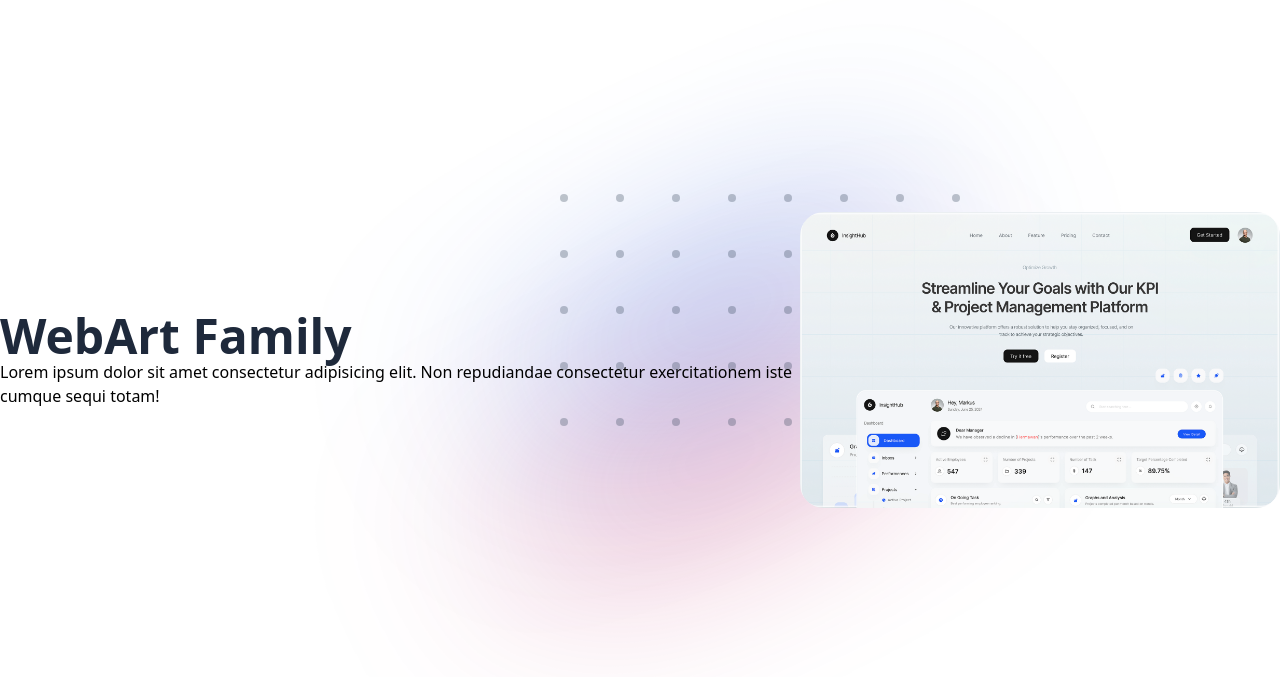
Repository: 30namp/youtube-web-art-code
Page: stunning landing page 1/index.html
The author's editor kept a copy of each file at every save. The page is drawn from the files as they stood at one save, then again after the next save.
The browser window is 1280 px wide. The pictures show the whole page.

Above is the page before, as saved 2024-09-26 18:30:22.

### stunning landing page 1/index.html
<!DOCTYPE html>
<html lang="en">
  <head>
    <meta charset="UTF-8" />
    <meta name="viewport" content="width=device-width, initial-scale=1.0" />
    <title>WebArt Design</title>
    <script src="./tailwindcss.min.js"></script>
  </head>
  <body class="min-h-screen">
    <div
      class="absolute right-[25%] top-[60%] h-12 w-[30rem] rounded-[100%] rotate-[-25deg] bg-pink-700 blur-[6rem]"
    ></div>
    <div
      class="absolute right-[25%] top-[40%] h-12 w-[30rem] rounded-[100%] rotate-[-25deg] bg-blue-700 blur-[6rem]"
    ></div>
    <div class="grid grid-cols-8 gap-12 absolute right-[25%] top-[27%]">
      <div class="rounded-full bg-slate-700/30 size-2 shadow-lg"></div>
      <div class="rounded-full bg-slate-700/30 size-2 shadow-lg"></div>
      <div class="rounded-full bg-slate-700/30 size-2 shadow-lg"></div>
      <div class="rounded-full bg-slate-700/30 size-2 shadow-lg"></div>
      <div class="rounded-full bg-slate-700/30 size-2 shadow-lg"></div>
      <div class="rounded-full bg-slate-700/30 size-2 shadow-lg"></div>
      <div class="rounded-full bg-slate-700/30 size-2 shadow-lg"></div>
      <div class="rounded-full bg-slate-700/30 size-2 shadow-lg"></div>
      <div class="rounded-full bg-slate-700/30 size-2 shadow-lg"></div>
      <div class="rounded-full bg-slate-700/30 size-2 shadow-lg"></div>
      <div class="rounded-full bg-slate-700/30 size-2 shadow-lg"></div>
      <div class="rounded-full bg-slate-700/30 size-2 shadow-lg"></div>
      <div class="rounded-full bg-slate-700/30 size-2 shadow-lg"></div>
      <div class="rounded-full bg-slate-700/30 size-2 shadow-lg"></div>
      <div class="rounded-full bg-slate-700/30 size-2 shadow-lg"></div>
      <div class="rounded-full bg-slate-700/30 size-2 shadow-lg"></div>
      <div class="rounded-full bg-slate-700/30 size-2 shadow-lg"></div>
      <div class="rounded-full bg-slate-700/30 size-2 shadow-lg"></div>
      <div class="rounded-full bg-slate-700/30 size-2 shadow-lg"></div>
      <div class="rounded-full bg-slate-700/30 size-2 shadow-lg"></div>
      <div class="rounded-full bg-slate-700/30 size-2 shadow-lg"></div>
      <div class="rounded-full bg-slate-700/30 size-2 shadow-lg"></div>
      <div class="rounded-full bg-slate-700/30 size-2 shadow-lg"></div>
      <div class="rounded-full bg-slate-700/30 size-2 shadow-lg"></div>
      <div class="rounded-full bg-slate-700/30 size-2 shadow-lg"></div>
      <div class="rounded-full bg-slate-700/30 size-2 shadow-lg"></div>
      <div class="rounded-full bg-slate-700/30 size-2 shadow-lg"></div>
      <div class="rounded-full bg-slate-700/30 size-2 shadow-lg"></div>
      <div class="rounded-full bg-slate-700/30 size-2 shadow-lg"></div>
      <div class="rounded-full bg-slate-700/30 size-2 shadow-lg"></div>
      <div class="rounded-full bg-slate-700/30 size-2 shadow-lg"></div>
      <div class="rounded-full bg-slate-700/30 size-2 shadow-lg"></div>
      <div class="rounded-full bg-slate-700/30 size-2 shadow-lg"></div>
      <div class="rounded-full bg-slate-700/30 size-2 shadow-lg"></div>
      <div class="rounded-full bg-slate-700/30 size-2 shadow-lg"></div>
      <div class="rounded-full bg-slate-700/30 size-2 shadow-lg"></div>
      <div class="rounded-full bg-slate-700/30 size-2 shadow-lg"></div>
      <div class="rounded-full bg-slate-700/30 size-2 shadow-lg"></div>
      <div class="rounded-full bg-slate-700/30 size-2 shadow-lg"></div>
      <div class="rounded-full bg-slate-700/30 size-2 shadow-lg"></div>
    </div>

    <div
      class="hero-section relative h-screen flex justify-around items-center"
    >
      <div class="content">
        <h1 class="text-5xl font-bold text-slate-800">WebArt Family</h1>
        <div class="description">
          Lorem ipsum dolor sit amet consectetur adipisicing elit. Non
          repudiandae consectetur exercitationem iste cumque sequi totam!
        </div>
      </div>
      <img class="w-[30rem] rounded-3xl" src="./img.png" alt="" />
    </div>
  </body>
</html>

Loaded but not shown: stunning landing page 1/tailwindcss.min.js (library)

After the next save:
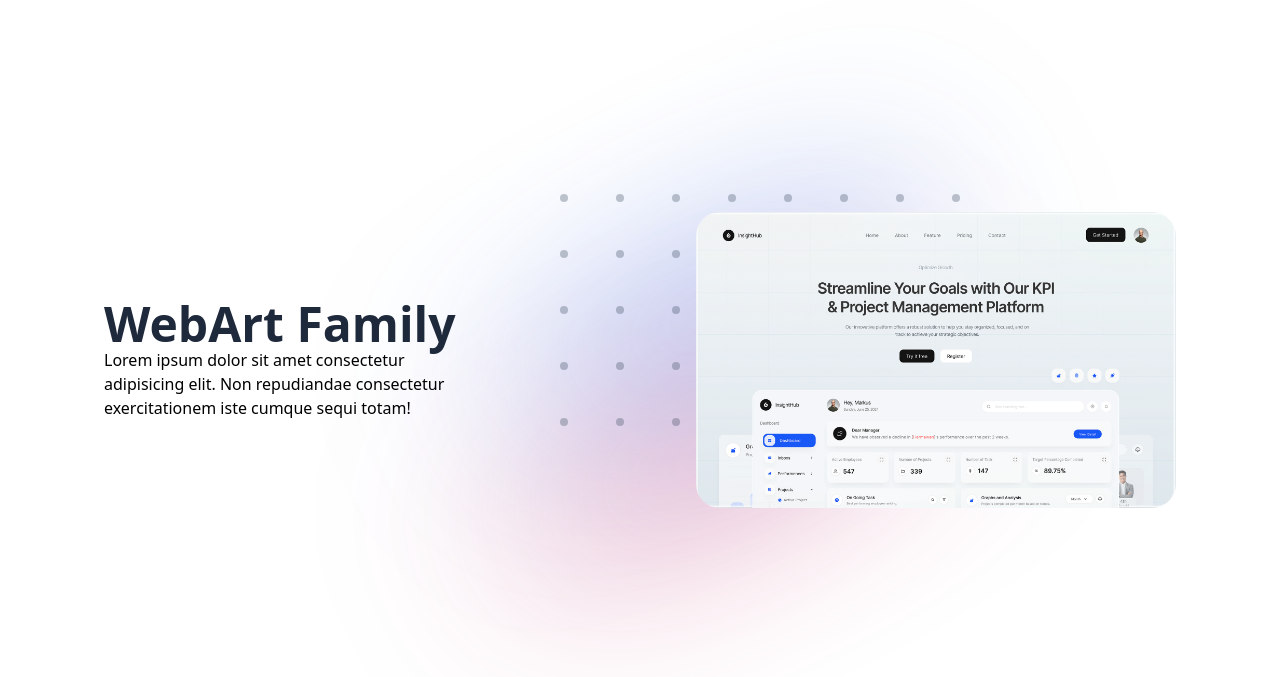
Saved 9 s later.
--- a/stunning landing page 1/index.html
+++ b/stunning landing page 1/index.html
@@ -61,7 +61,7 @@
     >
       <div class="content">
         <h1 class="text-5xl font-bold text-slate-800">WebArt Family</h1>
-        <div class="description">
+        <div class="description w-96">
           Lorem ipsum dolor sit amet consectetur adipisicing elit. Non
           repudiandae consectetur exercitationem iste cumque sequi totam!
         </div>
